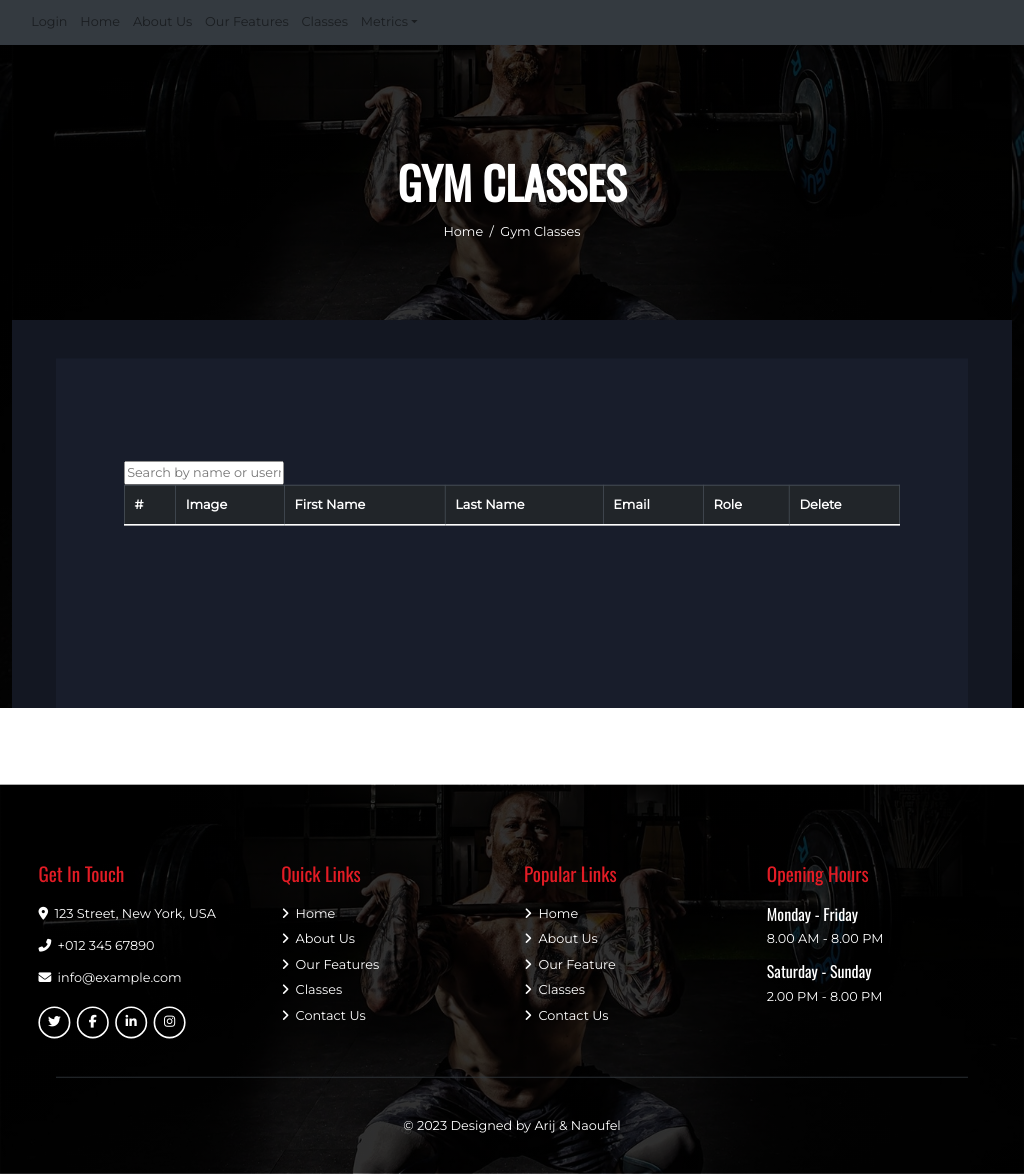
Repository: Arouja/frontgym
Page: /users
An editor plug-in stored every save of this project. The page is shown before and after the next save, followed by the edit.
The browser window is 1280 px wide. The pictures show the whole page, at 80% of full size.
The page's requests for data from a server got no answer. Some web libraries are served in a nearby version. The project was rebuilt for these pictures with package versions that can differ from the ones it lists, and the page was loaded fresh each time. No one was signed in, and anything a server would have sent is missing. Also part of the build but not shown: src/App.css, src/Components/about/About.jsx, src/Components/classes/Classes.jsx, src/Components/home/Home.jsx, src/Components/feature/Feature.jsx, src/Components/contact/Contact.jsx, src/Components/login/Login.jsx, src/Components/profile/profile.js and 7 more.

Above is the page before, as saved 2023-10-11 14:09:39.

After the next save:
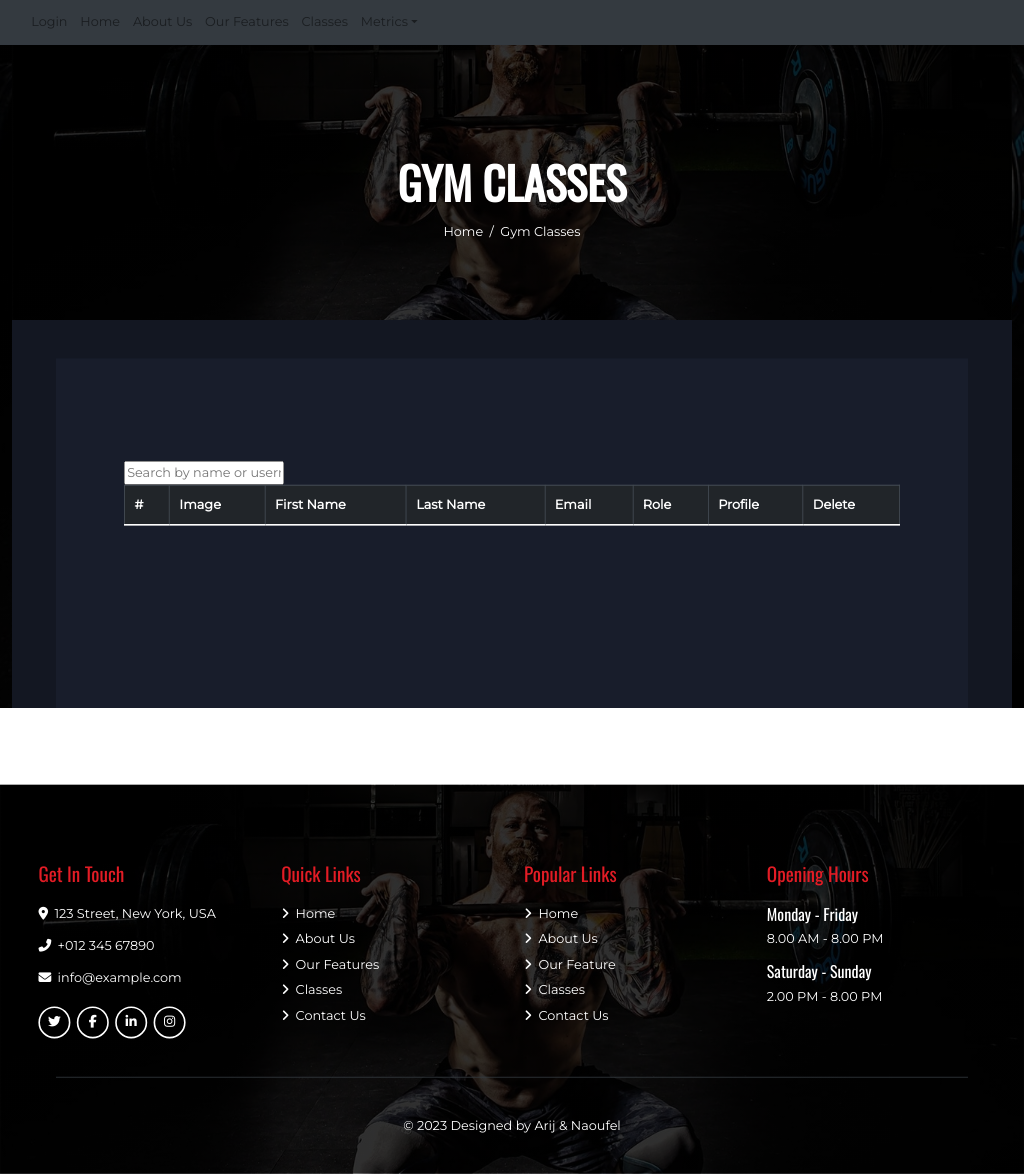
Saved 31 s later.
--- a/src/users/users.js
+++ b/src/users/users.js
@@ -102,6 +102,7 @@ const Users = () => {
                                   <th>Last Name</th>
                                   <th>Email</th>
                                   <th>Role</th>
+                                  <th>Profile</th>
                                   <th>Delete</th>
                                 </tr>
                               </thead>
